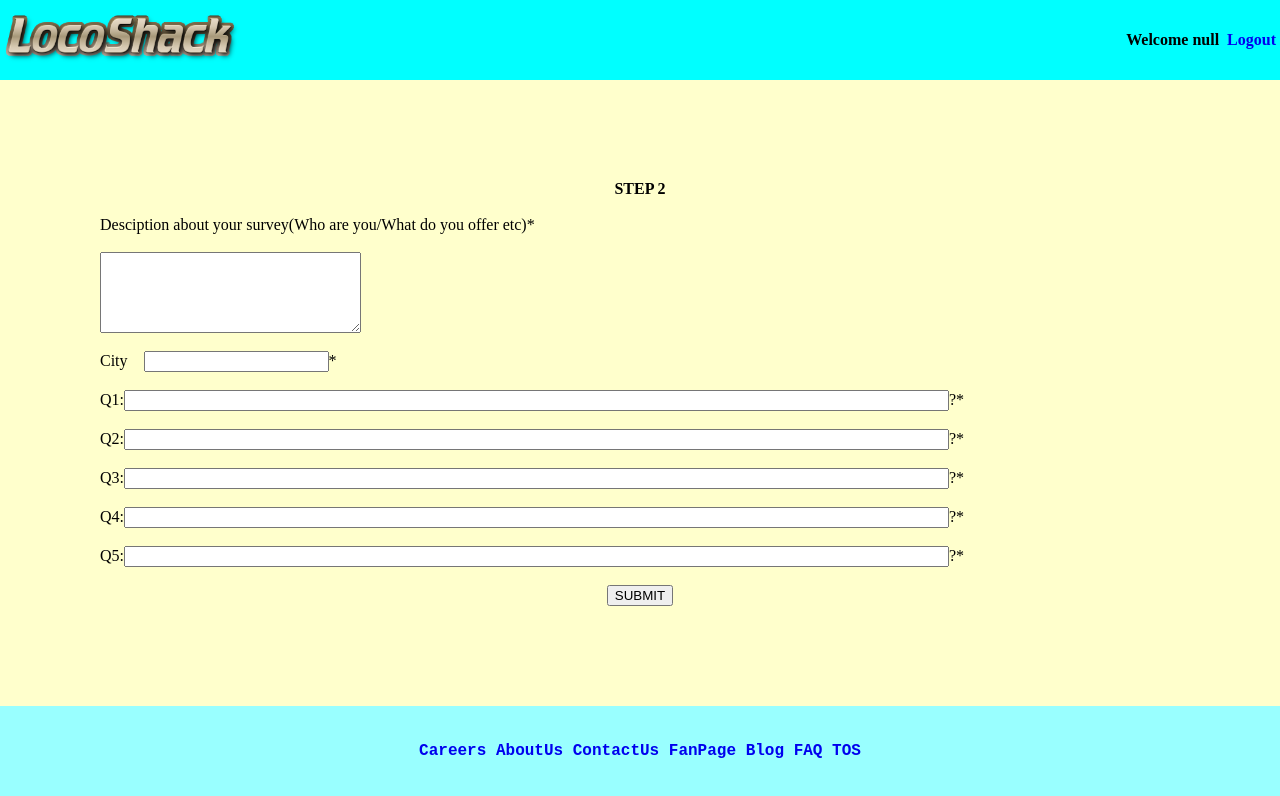
Repository: nicks707/LocoShack_TGMC-project
Page: http://localhost/ram/createsurvey2.jsp
These files come from the project's save history. The page is drawn as it stood at one moment and after the next save; the edit follows.
The browser window is 1280 px wide. The pictures show the whole page.
The page is served by Tomcat 9.

Above is the page before, as saved 2012-03-21 10:13:01.

After the next save:
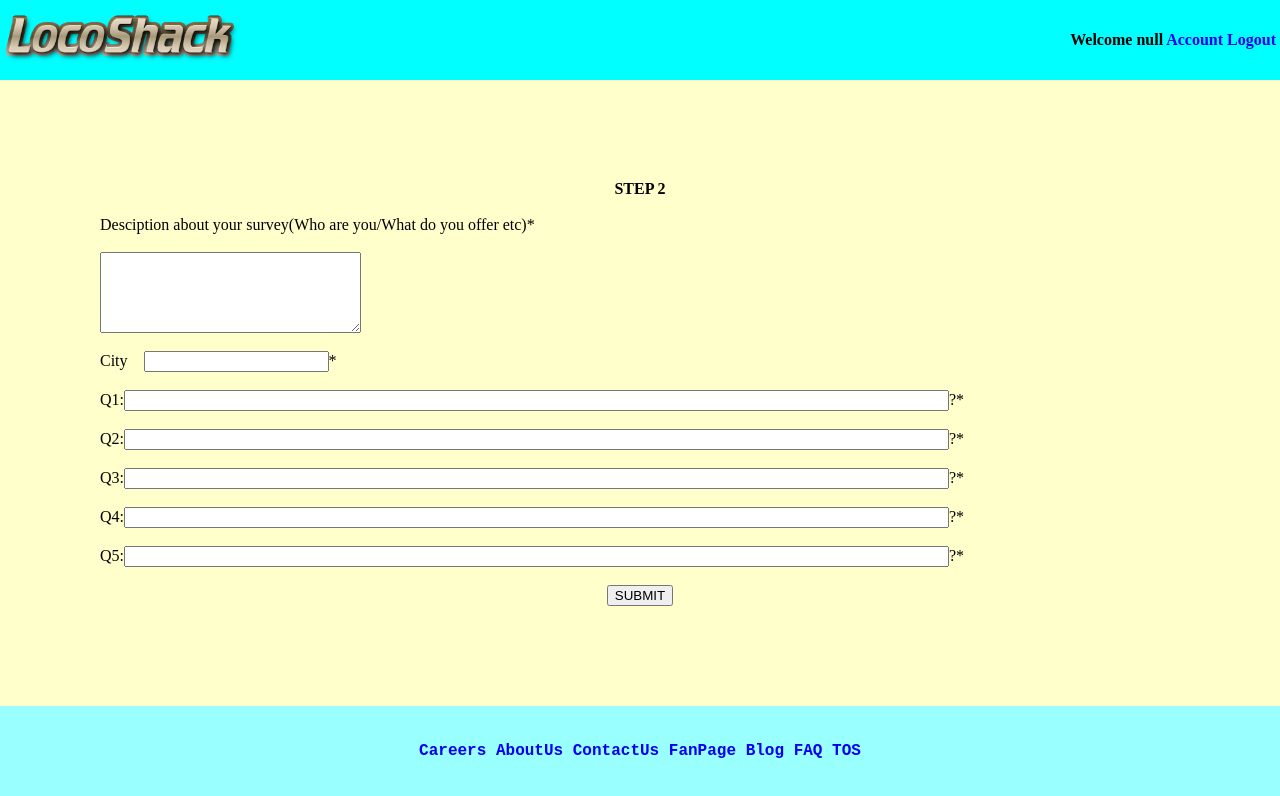
Saved 41 s later.
--- a/ram/WebContent/accheader.jsp
+++ b/ram/WebContent/accheader.jsp
@@ -11,7 +11,7 @@ a{text-decoration: none;}
 </head>
 <body style="margin-top:0px;margin-left:0px;margin-right:0px">
 <table bgcolor="#00FFFF" width="100%" cellpadding="0" cellspacing="0">
-<tr height="80px"><td>&nbsp;<a href="main2.jsp"><img src="images/logo.png" border="0px" height="50px"></img></a></td><td>&nbsp;</td><td align="right"><b>Welcome <%=session.getAttribute("id") %> <a href="logout.jsp">&nbsp;Logout&nbsp;</a><b></b></td></tr>
+<tr height="80px"><td>&nbsp;<a href="main2.jsp"><img src="images/logo.png" border="0px" height="50px"></img></a></td><td>&nbsp;</td><td align="right"><b>Welcome <%=session.getAttribute("id") %> <a href="accmain.jsp">Account</a><a href="logout.jsp">&nbsp;Logout&nbsp;</a><b></b></td></tr>
 </table>
 
 
